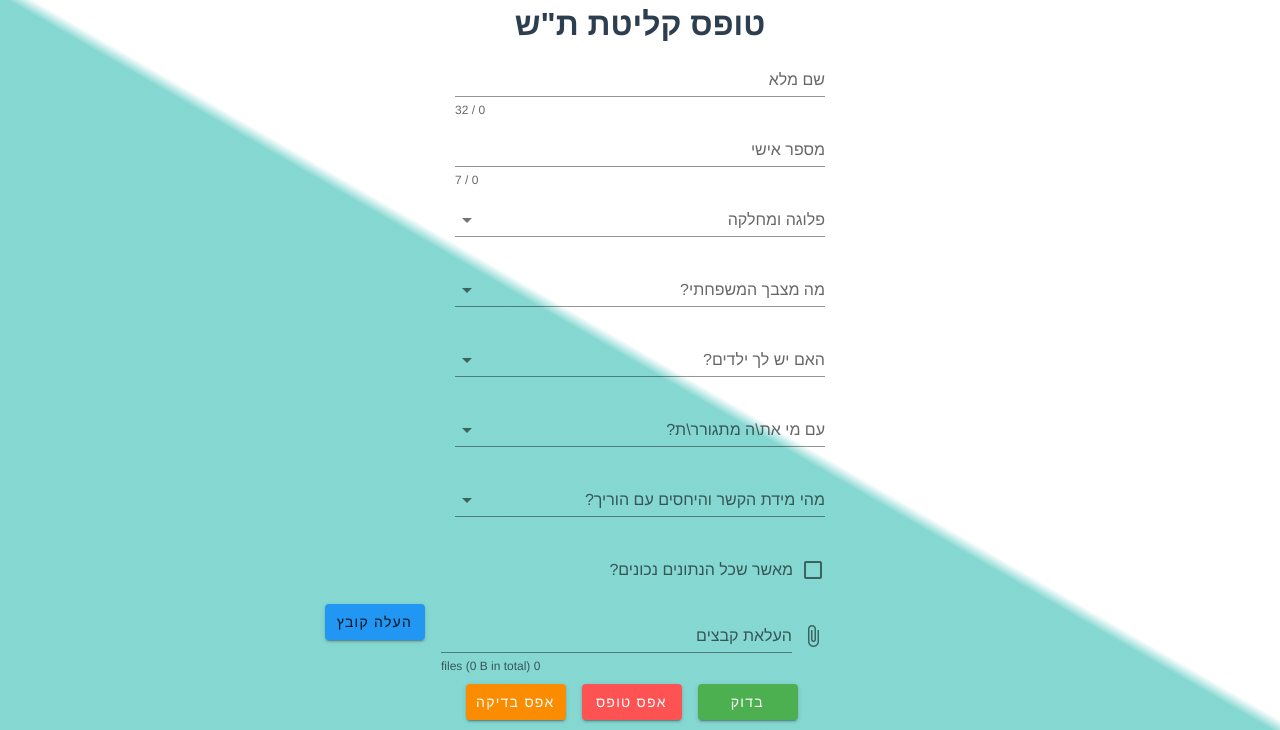
Repository: Natanhel/klitat-tash
Page: /
An editor plug-in stored every save of this project. The page is shown before and after the next save, followed by the edit.
The browser window is 1280 px wide. The pictures show the whole page.
The page's requests for data from a server got no answer. The project was rebuilt for these pictures with package versions that can differ from the ones it lists, and the page was loaded fresh each time. No one was signed in, and anything a server would have sent is missing. Also part of the build but not shown: vue.config.js.

Above is the page before, as saved 2020-12-01 18:09:19.

After the next save:
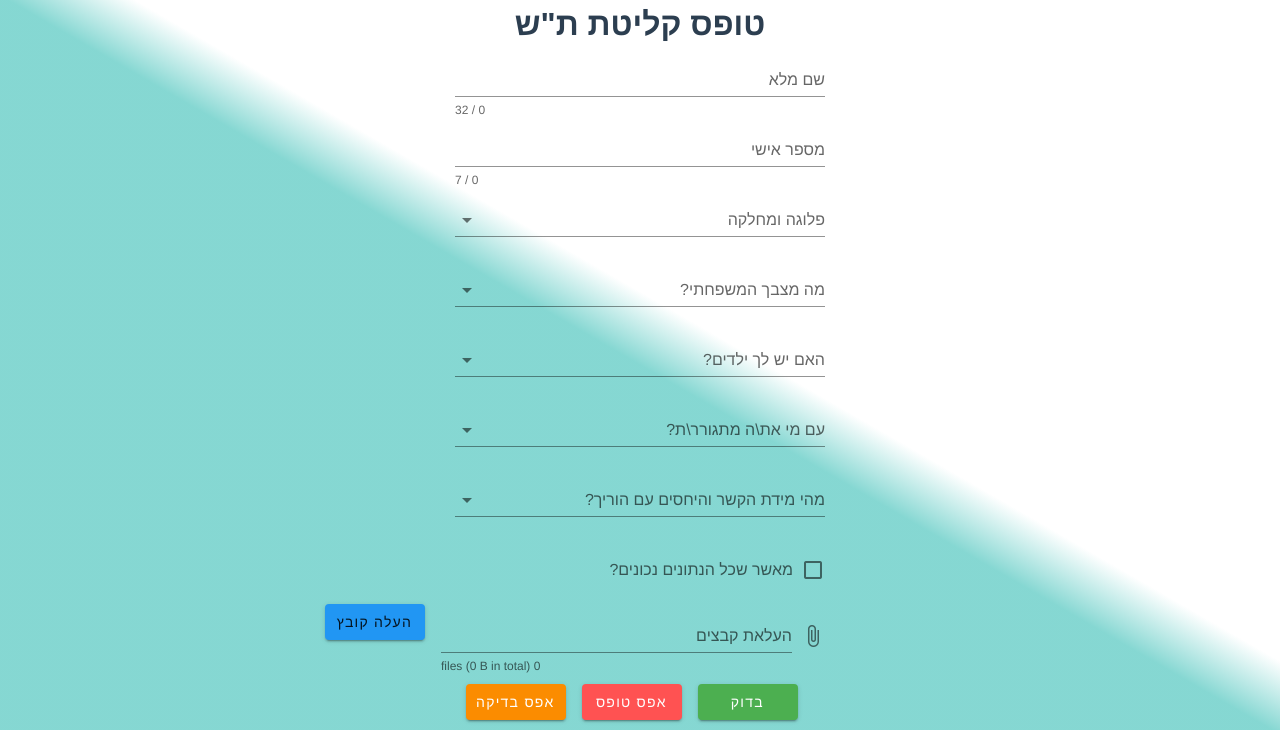
Saved 12 s later.
--- a/src/App.vue
+++ b/src/App.vue
@@ -274,6 +274,6 @@ form
 html
 {
   background: rgb(13,176,166);
-background: linear-gradient(30deg, rgba(13,176,166,0.5) 50%, rgba(255,255,255,1) 51%  );
+background: linear-gradient(30deg, rgba(13,176,166,0.5) 50%, rgba(255,255,255,1) 55%  );
 }
 </style>
